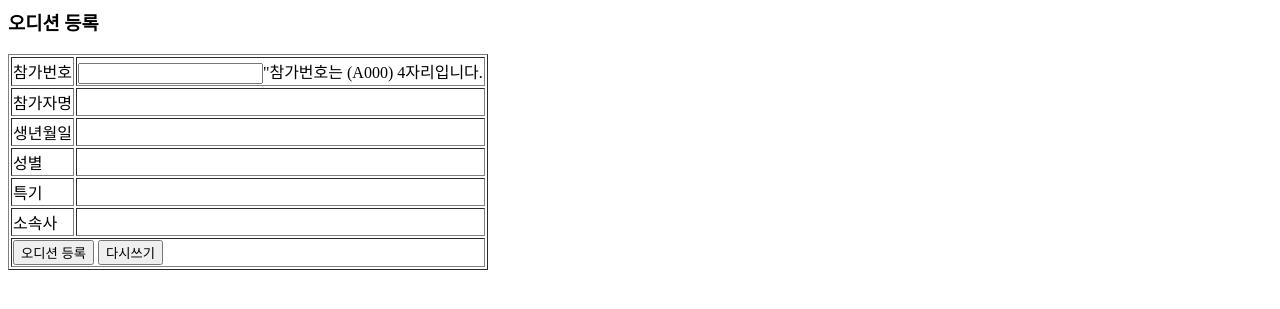
Repository: JQWJ/oudition_jsp
Page: http://localhost/oudition_pro/action/insert_oudition.jsp
These files come from the project's save history. The page is drawn as it stood at one moment and after the next save; the edit follows.
The browser window is 1280 px wide. The pictures show the whole page.
The page is served by Tomcat 9.

Above is the page before, as saved 2020-12-09 05:24:33.

### oudition_pro/WebContent/action/insert_oudition.jsp
<%@ page language="java" contentType="text/html; charset=UTF-8"
    pageEncoding="UTF-8"%>
<h3>오디션 등록</h3>

<form action="action/insert_oudition">
	<table border="1">
		<tr>
			<td>참가번호</td>
			<td><input type="text" name="artist_id">"참가번호는 (A000) 4자리입니다.</td>
		</tr>
		<tr>
			<td>참가자명</td>
			<td></td>
		</tr>
		<tr>
			<td>생년월일</td>
			<td></td>
		</tr>
		<tr>
			<td>성별</td>
			<td></td>
		</tr>
		<tr>
			<td>특기</td>
			<td></td>
		</tr>
		<tr>
			<td>소속사</td>
			<td></td>
		</tr>
		<tr>
			<td colspan="2">
				<input type="button" value="오디션 등록">
				<input type="button" value="다시쓰기">
			</td>
		</tr>
	</table>
</form>

After the next save:
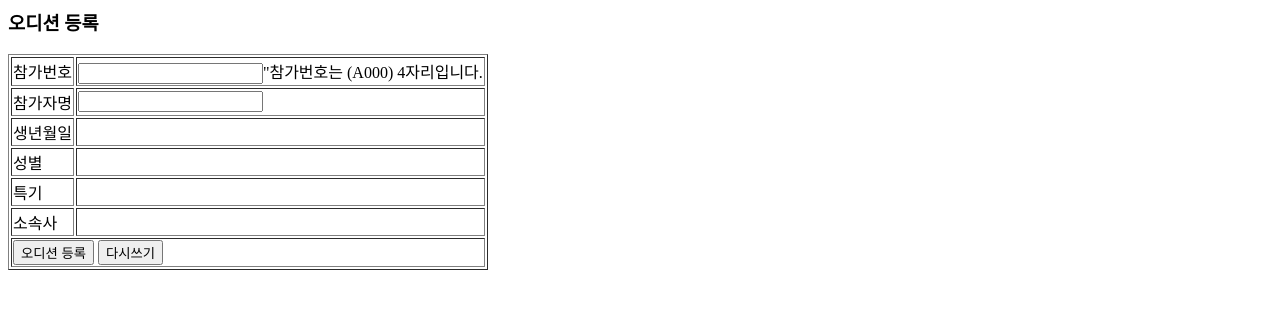
Saved 16 s later.
--- a/oudition_pro/WebContent/action/insert_oudition.jsp
+++ b/oudition_pro/WebContent/action/insert_oudition.jsp
@@ -10,7 +10,7 @@
 		</tr>
 		<tr>
 			<td>참가자명</td>
-			<td></td>
+			<td><input type="text" name="artist_name"></td>
 		</tr>
 		<tr>
 			<td>생년월일</td>
